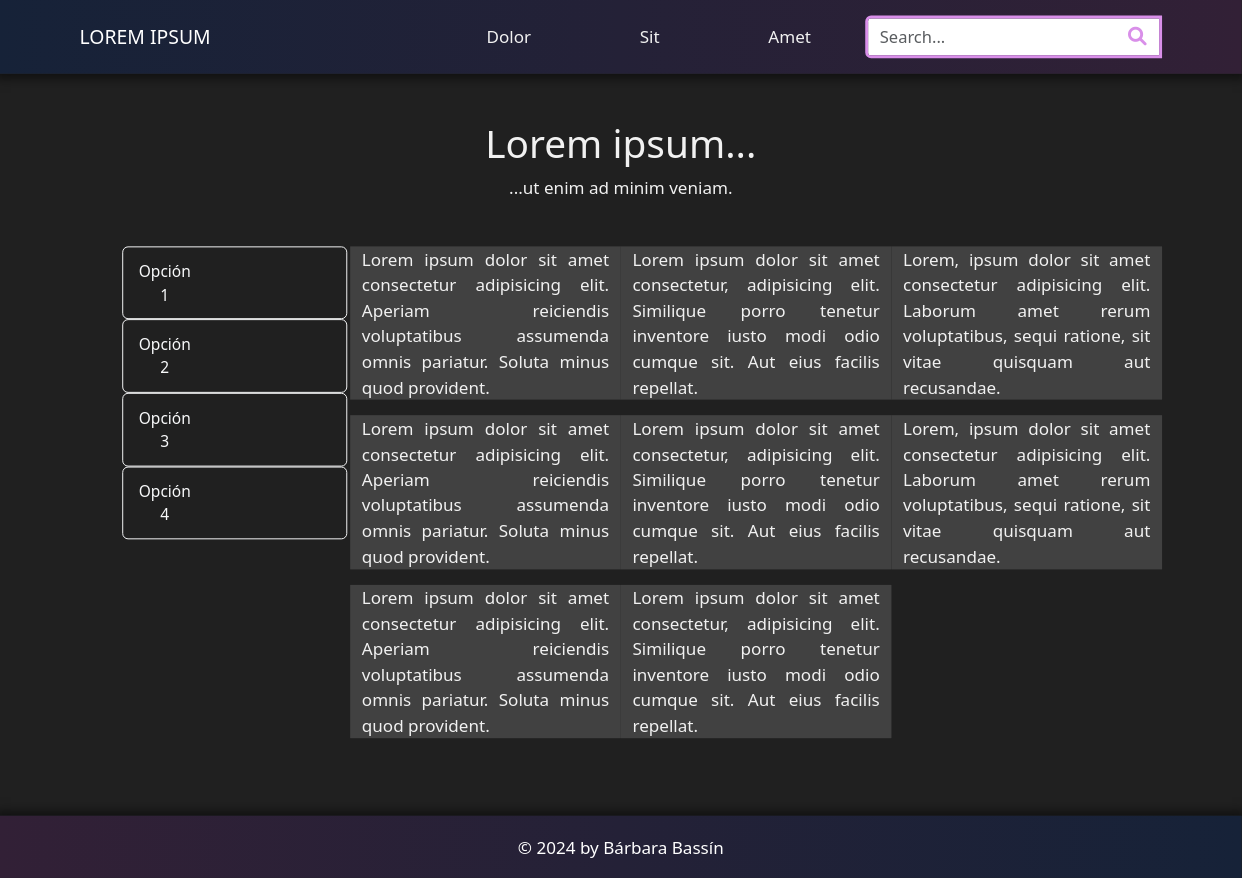
Repository: romancegirl/responsiveness
Page: index.html
An editor plug-in stored every save of this project. The page is shown before and after the next save, followed by the edit.
The browser window is 1280 px wide. The pictures show the whole page, at 97% of full size.

Above is the page before, as saved 2024-11-29 21:18:55.

### index.html
<!DOCTYPE html>
<html lang="en">

<head>
    <meta charset="UTF-8">
    <meta name="viewport" content="width=device-width, initial-scale=1.0">
    <title>Responsiveness - Bárbara Bassín</title>
    <link href="https://cdn.jsdelivr.net/npm/bootstrap@5.3.0/dist/css/bootstrap.min.css" rel="stylesheet">
    <link rel="stylesheet" href="https://cdnjs.cloudflare.com/ajax/libs/font-awesome/6.0.0-beta3/css/all.min.css">
    <link rel="stylesheet" href="css/header-and-footer.css">
    <link rel="stylesheet" href="css/styles.css">
</head>

<body>
    <!-- Header -->
    <header class="py-2">
        <div class="container d-flex align-items-center justify-content-between" id="profile">
            <h5 class="m-0">LOREM IPSUM</h5>
            <nav class="navbar navbar-expand-lg">
                <button class="navbar-toggler" type="button" data-bs-toggle="collapse" data-bs-target="#navbarNav"
                    aria-controls="navbarNav" aria-expanded="false" aria-label="Toggle navigation">
                    <i class="fas fa-bars"></i>
                </button>
                <div class="collapse navbar-collapse" id="navbarNav">
                    <ul class="navbar-nav">
                        <li class="nav-item"><a class="nav-link">Dolor</a></li>
                        <li class="nav-item"><a class="nav-link">Sit</a></li>
                        <li class="nav-item"><a class="nav-link">Amet</a></li>
                        <li class="nav-item dropdown d-lg-none">
                            <a class="nav-link dropdown-toggle" href="#" id="dropdownMenuButton" role="button"
                                data-bs-toggle="dropdown" aria-expanded="false">
                                Opciones
                            </a>
                            <ul class="dropdown-menu" aria-labelledby="dropdownMenuButton">
                                <li><button type="button" class="dropdown-item">Opción 1</button></li>
                                <li><button type="button" class="dropdown-item">Opción 2</button></li>
                                <li><button type="button" class="dropdown-item">Opción 3</button></li>
                                <li><button type="button" class="dropdown-item">Opción 4</button></li>
                            </ul>
                        </li>
                        <li>
                            <div class="search-container">
                                <form action="/action_page.php">
                                    <div class="input-group">
                                        <input type="text" class="form-control" placeholder="Search..." name="search">
                                        <button type="submit" class="btn">
                                            <i class="fa fa-search"></i>
                                        </button>
                                    </div>
                                </form>
                            </div>
                        </li>
                    </ul>
                </div>
            </nav>
        </div>
    </header>



    <!-- Main -->
    <main class="container my-5">
        <div>
            <h1>Lorem ipsum...</h1>
            <div id="textCarousel" class="carousel slide" data-bs-ride="carousel" data-bs-interval="2000">
                <div class="carousel-inner">
                    <div class="carousel-item active">
                        <p>...olor sit amet, consectetur adipiscing elit...</p>
                    </div>
                    <div class="carousel-item">
                        <p>...sed do eiusmod tempor incididunt ut labore...</p>
                    </div>
                    <div class="carousel-item">
                        <p>...ut enim ad minim veniam.</p>
                    </div>
                </div>
            </div>
        </div>


        <div class="container inside">
            <div class="row">
                <div class="col-3 d-none d-lg-block" id="options">
                    <ul>
                        <li><button type="button" class="btn btn-outline-light">Opción 1</button></li>
                        <li><button type="button" class="btn btn-outline-light">Opción 2</button></li>
                        <li><button type="button" class="btn btn-outline-light">Opción 3</button></li>
                        <li><button type="button" class="btn btn-outline-light">Opción 4</button></li>
                    </ul>
                </div>
                <div class="col-9" id="paragraphs">
                    <div class="row">
                        <div class="col-6 col-md-4 paragraph">Lorem ipsum dolor sit amet consectetur adipisicing elit.
                            Aperiam reiciendis voluptatibus assumenda omnis pariatur. Soluta minus quod provident.
                        </div>
                        <div class="col-6 col-md-4 paragraph">Lorem ipsum dolor sit amet consectetur, adipisicing elit.
                            Similique porro
                            tenetur inventore iusto modi odio cumque sit. Aut eius facilis repellat.</div>
                        <div class="col-6 col-md-4 paragraph">Lorem, ipsum dolor sit amet consectetur adipisicing elit.
                            Laborum
                            amet rerum
                            voluptatibus, sequi ratione, sit vitae quisquam aut recusandae.</div>
                        <div class="col-6 col-md-4 paragraph">Lorem ipsum dolor sit amet consectetur adipisicing elit.
                            Aperiam
                            reiciendis
                            voluptatibus assumenda omnis pariatur. Soluta minus quod provident.</div>
                        <div class="col-6 col-md-4 paragraph">Lorem ipsum dolor sit amet consectetur, adipisicing elit.
                            Similique porro
                            tenetur inventore iusto modi odio cumque sit. Aut eius facilis repellat.</div>
                        <div class="col-6 col-md-4 paragraph">Lorem, ipsum dolor sit amet consectetur adipisicing elit.
                            Laborum
                            amet rerum
                            voluptatibus, sequi ratione, sit vitae quisquam aut recusandae.</div>
                        <div class="col-6 col-md-4 paragraph">Lorem ipsum dolor sit amet consectetur adipisicing elit.
                            Aperiam
                            reiciendis
                            voluptatibus assumenda omnis pariatur. Soluta minus quod provident.</div>
                        <div class="col-6 col-md-4 paragraph">Lorem ipsum dolor sit amet consectetur, adipisicing elit.
                            Similique porro
                            tenetur inventore iusto modi odio cumque sit. Aut eius facilis repellat.</div>
                    </div>
                </div>
            </div>
        </div>
    </main>

    <!-- Footer -->
    <footer class="bg-dark text-center py-2">
        <div>&copy; 2024 by Bárbara Bassín</div>
    </footer>
    <script src="js/script.js"></script>
    <script src="https://cdn.jsdelivr.net/npm/bootstrap@5.3.0/dist/js/bootstrap.bundle.min.js"></script>
</body>

</html>

### css/header-and-footer.css
header {
    background: linear-gradient(to right, #162238, #322036);
    color: #fff;
    position: relative;
    box-shadow: 0 0 10px 5px rgba(0, 0, 0, 0.5);
}

main {
    min-height: 70vh;
    padding-bottom: 1rem;
    box-sizing: border-box;
}

a.nav-link {
    color: #f1f1f1;
}

a.nav-link:hover {
    color: #f6c7de;
    transition: color 0.3s, text-shadow 0.3s;
    transform: scale(1.05);
}

.search-container {
    display: flex;
    justify-content: center;
    align-items: center;
    position: relative;
}

.input-group .form-control {
    padding-right: 2.5rem;
    font-size: 17px;
    border: 0.2rem solid #d98fe9;
}

.input-group .btn {
    position: absolute;
    right: 1rem;
    top: 50%;
    transform: translateY(-50%);
    background-color: transparent;
    border: none;
    padding: 0;
    cursor: pointer;
}

.input-group .btn .fa-search {
    color: #d98fe9;
    font-size: 1.2rem;
}

.navbar-nav .nav-item {
    margin: 0 3rem 0 3rem;
}


/* navbar-toggle */

.navbar-toggler {
    border-color: #fff;
}

.navbar-toggler .fas {
    color: #fff;
    /* Cambia el color del ícono */
}

.navbar-collapse {
    justify-content: flex-end;
}

.navbar-toggler:hover {
    cursor: pointer;
}

.navbar-toggler:focus {
    outline: none;
    box-shadow: none;
}

@media (max-width: 995px) {

    .navbar-collapse {
        display: none;
        position: absolute;
        top: 119%;
        left: -190px;
        width: 100%;
        z-index: 999;
        flex-direction: column-reverse;
        align-items: center;
    }

    .navbar-collapse.show {
        display: flex;
    }

    .navbar {
        width: 60%;
    }

    .navbar-nav {
        background: linear-gradient(to right, #162238fd, #322036fd);
        color: #fff;
        padding: 1.5rem;
        border-radius: 0 0 50px 50px;
        font-weight: bold;
        text-align: center;
        box-shadow: 0 0 10px 5px rgba(0, 0, 0, 0.5);

    }

    .navbar-nav:hover {
        cursor: pointer;

    }

    a.nav-link:hover {
        color: #f6c7de;
        transition: color 0.3s, text-shadow 0.3s;
        transform: scale(1.05);
    }

    .navbar-nav .nav-item {
        margin: 10px 0;
    }

    .navbar a {
        float: none;
        display: block;
        text-align: center;
        width: 100%;
        margin: 0;
        padding: 0.5rem;
    }

    .navbar .search-container {
        float: none;
    }

    .navbar .search-container button {
        align-items: right;
    }

    .navbar input[type=text] {
        border-radius: 0.2rem;
        border: 0.2rem solid #d98fe9;
    }

}


@media (max-width: 768px) {

    .navbar-collapse {
        display: none;
        position: absolute;
        top: 119%;
        left: -140px;
        width: 100%;
        z-index: 999;
        flex-direction: column-reverse;
        align-items: center;
    }


}


footer {
    background: linear-gradient(to right, #322036, #162238);
    color: #fff;
    bottom: 0;
    min-height: 4rem;
    display: flex;
    justify-content: center;
    align-items: center;
    box-shadow: 0 0 10px 5px rgba(0, 0, 0, 0.5);
}

### css/styles.css
body {
    background-color: #202020;
    color: #f1f1f1;
    font-size: 110%;
}

/* Profile and resume */

.profile-photo {
    width: 250px;
    height: 250px;
    border: #a5c3ffcd;
    border-style: double;
    border-width: 5px;
    border-radius: 70px;
    display: flex;
    justify-content: center;
    align-items: center;
    overflow: hidden;
    /* Oculta cualquier parte de la imagen que se desborde */
    float: right;
}

/* titles */

h1 {
    text-align: center;
}

h2,
h3,
h4 {
    background: linear-gradient(#d98fe9, #5E91FA);
    -webkit-background-clip: text;
    background-clip: text;
    -webkit-text-fill-color: transparent;
}

h5 {
    margin: 0;
}

/* General */

#textCarousel {
    width: 40rem;
    margin: auto;
}

p {
    text-align: center;
}

.row {
    text-align: justify;
}

.paragraph {
margin-bottom: 1rem;
background-color: #414141;
}

.inside {
    margin-top: 2rem;
}

.btn-outline-light {
    padding: 0.8rem 10rem 0.8rem 1rem;
}

li {
    list-style: none;
}

/* Responsiveness */

.title-small,
.title-x-small {
    display: none;
}

@media screen and (max-width: 1400px) {

    .title-large,
    .title-x-small {
        display: none;
    }

    .title-small {
        display: block;
    }
}

@media screen and (max-width: 768px) {

    .title-large,
    .title-small {
        display: none;
    }

    .title-x-small {
        display: block;
        text-align: center;

    }

    #textCarousel {
        max-width: 90%; /* Usa un tamaño relativo en lugar de fijo */
    }
}

### js/script.js
document.addEventListener('click', function(event) {
    var navbar = document.querySelector('.navbar-collapse');
    var toggler = document.querySelector('.navbar-toggler');

    // Si el menú está abierto y se hace clic fuera de él, lo cierra
    if (navbar.classList.contains('show') && !navbar.contains(event.target) && !toggler.contains(event.target)) {
        var bsCollapse = new bootstrap.Collapse(navbar, {
            toggle: false
        });
        bsCollapse.hide();
    }
});

After the next save:
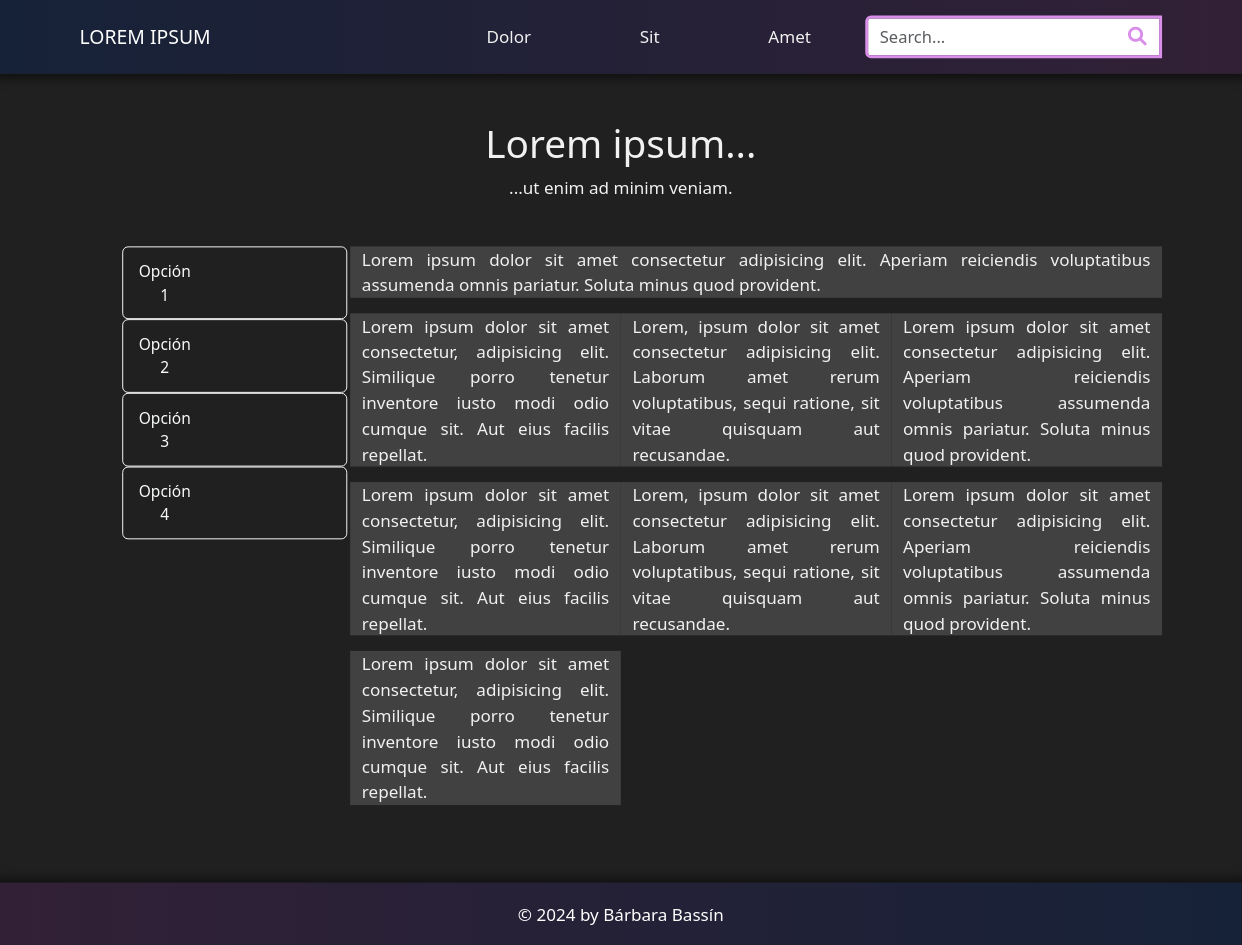
Saved 42 s later.
--- a/index.html
+++ b/index.html
@@ -90,7 +90,7 @@
                 </div>
                 <div class="col-9" id="paragraphs">
                     <div class="row">
-                        <div class="col-6 col-md-4 paragraph">Lorem ipsum dolor sit amet consectetur adipisicing elit.
+                        <div class="col-6 col-md-12 paragraph">Lorem ipsum dolor sit amet consectetur adipisicing elit.
                             Aperiam reiciendis voluptatibus assumenda omnis pariatur. Soluta minus quod provident.
                         </div>
                         <div class="col-6 col-md-4 paragraph">Lorem ipsum dolor sit amet consectetur, adipisicing elit.
